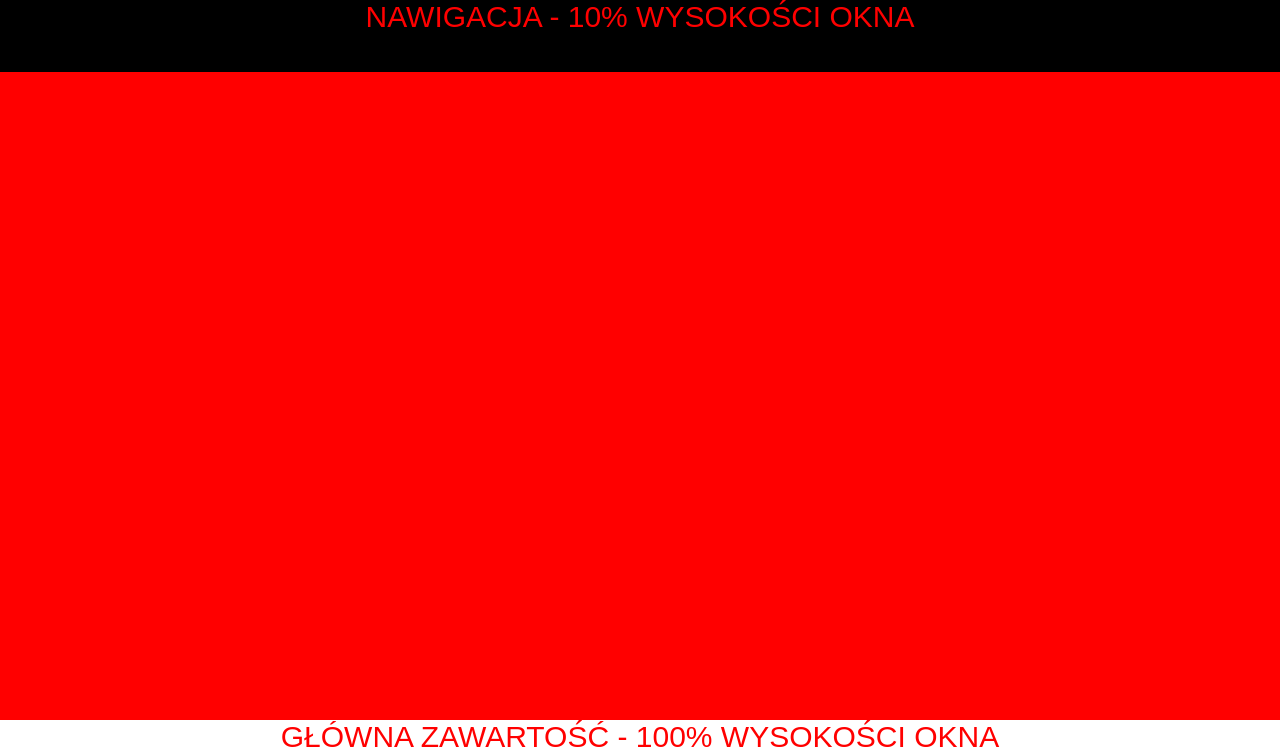
Repository: jasonj2333/advance_CSS
Page: 01-Header, Nav/start.html
The author's editor kept a copy of each file at every save. The page is drawn from the files as they stood at one save, then again after the next save.
The browser window is 1280 px wide. The pictures show the whole page.

Above is the page before, as saved 2019-04-23 18:30:05.

### 01-Header, Nav/start.html
<!DOCTYPE html>
<html lang="pl">

<head>
    <meta charset="UTF-8">
    <title>Najeżdzanie na header, nav przypięty</title>
    <style>
        * {
            margin: 0;
            padding: 0;
            box-sizing: border-box;
        }

        html {
            text-align: center;
            color: red;
            font-size: 30px;
            text-transform: uppercase;
            font-family: arial;

        }

        nav {
            background-color: #000;
            height: 10vh;
            width: 100% position: fixed;
        }

        header {
            background-color: rgb(255, 0, 0);
            height: 90vh;
        }
    </style>
</head>

<body>
    <nav>
        Nawigacja - 10% wysokości okna
    </nav>
    <header>
        Header - 90% wysokości okna
    </header>
    <main>
        Główna zawartość - 100% wysokości okna
    </main>
</body>

</html>

After the next save:
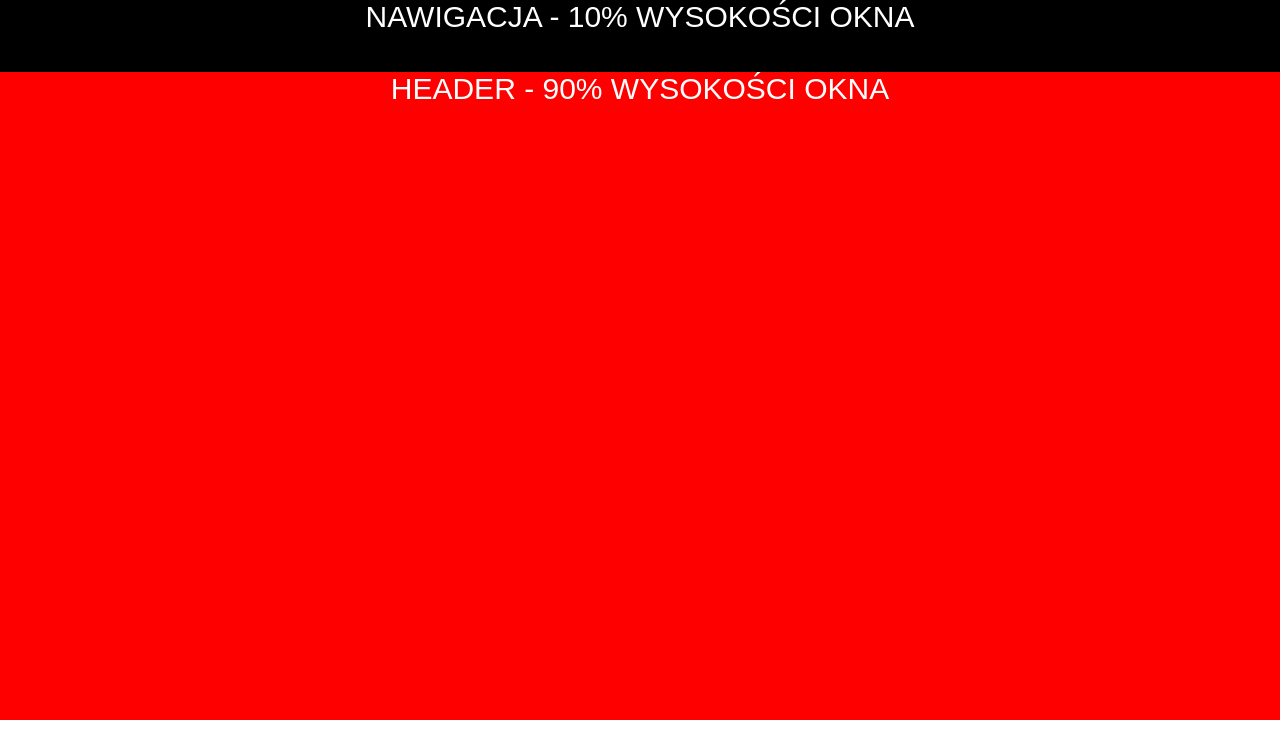
Saved 12 s later.
--- a/01-Header, Nav/start.html
+++ b/01-Header, Nav/start.html
@@ -13,7 +13,7 @@
 
         html {
             text-align: center;
-            color: red;
+            color: white;
             font-size: 30px;
             text-transform: uppercase;
             font-family: arial;
